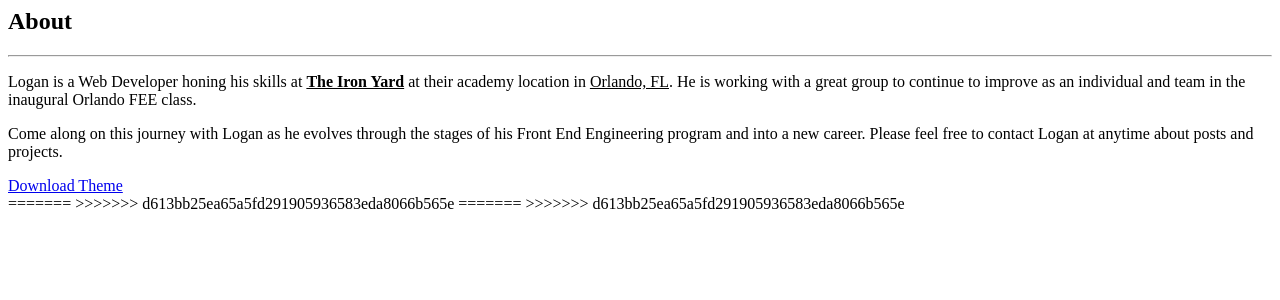
Repository: LoganArnett/LoganArnett.github.io
Page: _includes/about.html
The author's editor kept a record of every edit. The page is drawn from the files as they stood at one moment, then again after the next edit.
The browser window is 1280 px wide. The pictures show the whole page.

Above is the page before.

After the next edit:
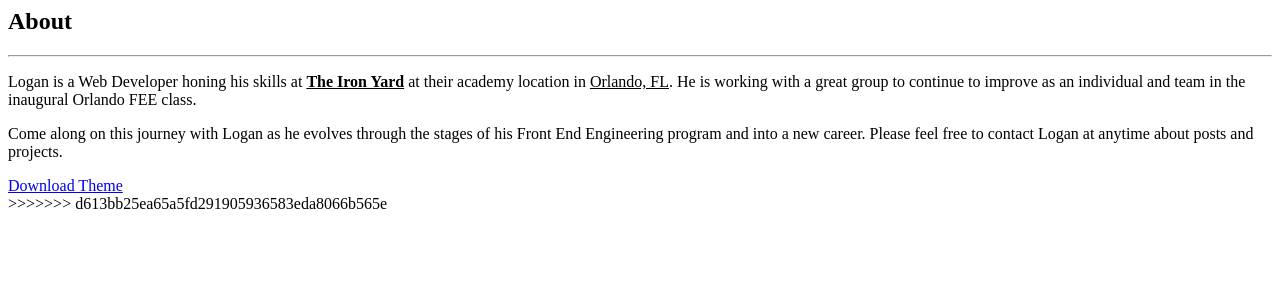
The edit:
--- a/_includes/about.html
+++ b/_includes/about.html
@@ -22,9 +22,6 @@
             </div>
         </div>
     </section>
-=======
+    </section>
     </section>
 >>>>>>> d613bb25ea65a5fd291905936583eda8066b565e
-=======
-    </section>
->>>>>>> d613bb25ea65a5fd291905936583eda8066b565e
